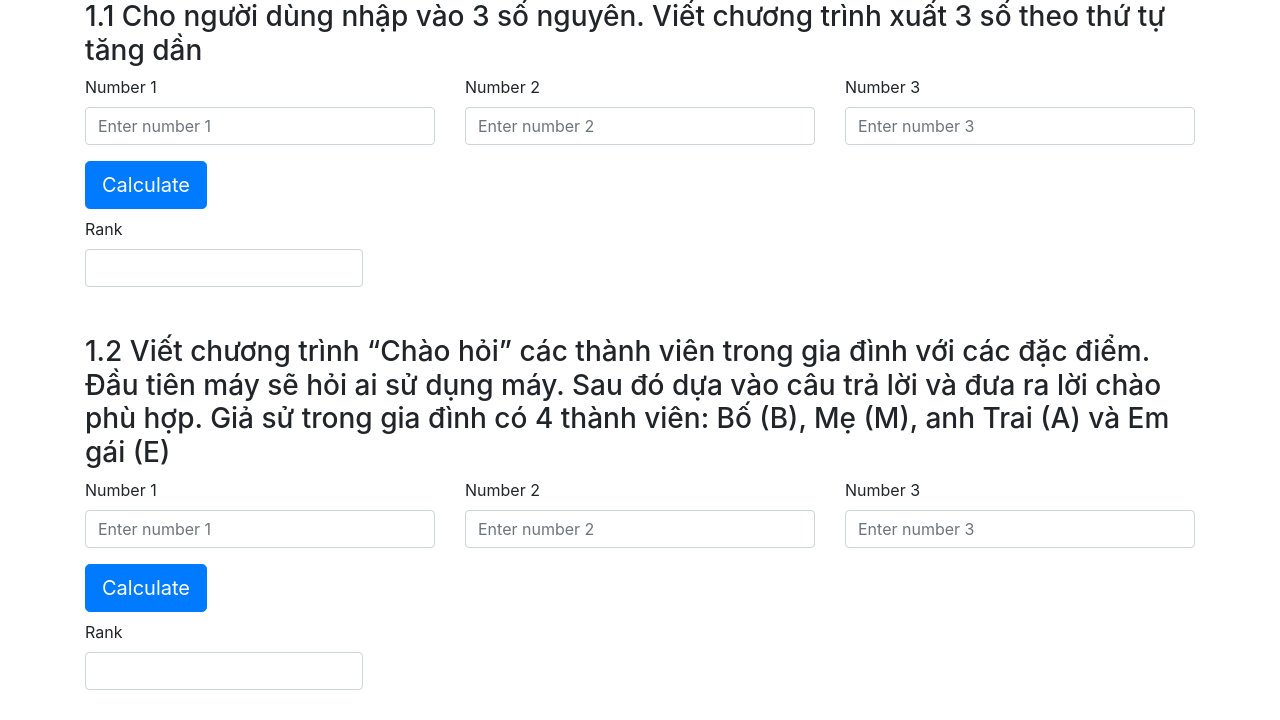
Repository: baobaodeveloper/bootscamp21__jsbasic__HuynhAnhBao
Page: index.html
An editor plug-in stored every save of this project. The page is shown before and after the next save, followed by the edit.
The browser window is 1280 px wide. The pictures show the whole page.

Above is the page before, as saved 2022-03-09 23:50:09.

### index.html
<!DOCTYPE html>
<html lang="en">
  <head>
    <title>javaScript basic</title>
    <!-- Required meta tags -->
    <meta charset="utf-8" />
    <meta
      name="viewport"
      content="width=device-width, initial-scale=1, shrink-to-fit=no"
    />

    <!-- Bootstrap CSS -->
    <link
      rel="stylesheet"
      href="https://stackpath.bootstrapcdn.com/bootstrap/4.3.1/css/bootstrap.min.css"
      integrity="sha384-ggOyR0iXCbMQv3Xipma34MD+dH/1fQ784/j6cY/iJTQUOhcWr7x9JvoRxT2MZw1T"
      crossorigin="anonymous"
    />
  </head>
  <body>
    <!-- Cho người dùng nhập vào 3 số nguyên. Viết chương trình xuất 3 số theo thứ tự tăng dần -->
    <div class="container mb-xl-5">
      <h3>
        1.1 Cho người dùng nhập vào 3 số nguyên. Viết chương trình xuất 3 số
        theo thứ tự tăng dần
      </h3>

      <div class="row">
        <div class="col">
          <label class="form-label">Number 1</label>
          <input
            type="text"
            class="form-control num1"
            placeholder="Enter number 1"
          />
        </div>
        <div class="col">
          <label class="form-label">Number 2</label>
          <input
            type="number"
            class="form-control num2"
            placeholder="Enter number 2"
          />
        </div>
        <div class="col">
          <label class="form-label">Number 3</label>
          <input
            type="number"
            class="form-control num3"
            placeholder="Enter number 3"
          />
        </div>
      </div>

      <button type="button " class="btn btn-primary btn-lg mt-3 mb-2 btn-rank">
        Calculate
      </button>

      <div class="mt-3 m-auto">
        <label class="form-label">Rank</label>
        <input type="text" class="form-control w-25 result1" />
      </div>
    </div>

    <!-- Viết chương trình “Chào hỏi” các thành viên trong gia đình với các đặc điểm. Đầu tiên máy
    sẽ hỏi ai sử dụng máy. Sau đó dựa vào câu trả lời và đưa ra lời chào phù hợp. Giả sử trong
    gia đình có 4 thành viên: Bố (B), Mẹ (M), anh Trai (A) và Em gái (E) -->
    <div class="container">
      <h3>
        1.2 Viết chương trình “Chào hỏi” các thành viên trong gia đình với các
        đặc điểm. Đầu tiên máy sẽ hỏi ai sử dụng máy. Sau đó dựa vào câu trả lời
        và đưa ra lời chào phù hợp. Giả sử trong gia đình có 4 thành viên: Bố
        (B), Mẹ (M), anh Trai (A) và Em gái (E)
      </h3>

      <div class="row">
        <div class="col">
          <label class="form-label">Number 1</label>
          <input
            type="text"
            class="form-control num1"
            placeholder="Enter number 1"
          />
        </div>
        <div class="col">
          <label class="form-label">Number 2</label>
          <input
            type="number"
            class="form-control num2"
            placeholder="Enter number 2"
          />
        </div>
        <div class="col">
          <label class="form-label">Number 3</label>
          <input
            type="number"
            class="form-control num3"
            placeholder="Enter number 3"
          />
        </div>
      </div>

      <button type="button " class="btn btn-primary btn-lg mt-3 mb-2 btn-rank">
        Calculate
      </button>

      <div class="mt-3 m-auto">
        <label class="form-label">Rank</label>
        <input type="text" class="form-control w-25 result1" />
      </div>
    </div>
    <!-- Optional JavaScript -->
    <!-- jQuery first, then Popper.js, then Bootstrap JS -->
    <script
      src="https://code.jquery.com/jquery-3.3.1.slim.min.js"
      integrity="sha384-q8i/X+965DzO0rT7abK41JStQIAqVgRVzpbzo5smXKp4YfRvH+8abtTE1Pi6jizo"
      crossorigin="anonymous"
    ></script>
    <script
      src="https://cdnjs.cloudflare.com/ajax/libs/popper.js/1.14.7/umd/popper.min.js"
      integrity="sha384-UO2eT0CpHqdSJQ6hJty5KVphtPhzWj9WO1clHTMGa3JDZwrnQq4sF86dIHNDz0W1"
      crossorigin="anonymous"
    ></script>
    <script
      src="https://stackpath.bootstrapcdn.com/bootstrap/4.3.1/js/bootstrap.min.js"
      integrity="sha384-JjSmVgyd0p3pXB1rRibZUAYoIIy6OrQ6VrjIEaFf/nJGzIxFDsf4x0xIM+B07jRM"
      crossorigin="anonymous"
    ></script>

    <script src="exercise1.js"></script>
  </body>
</html>

### exercise1.js
const numValue1 = document.querySelector(".num1");
const numValue2 = document.querySelector(".num2");
const numValue3 = document.querySelector(".num3");
const btnRank = document.querySelector(".btn-rank");
const result1 = document.querySelector(".result1");
btnRank.addEventListener("click", () => {
  const num1 = +numValue1.value;
  const num2 = +numValue2.value;
  const num3 = +numValue3.value;
  let rank = "";
  if (num1 < num2 && num2 < num3) {
    rank = `${num1}  ${num2}  ${num3}`;
  } else if (num1 < num3 && num3 < num2) {
    rank = `${num1}  ${num3}  ${num2}`;
  } else if (num2 < num1 && num1 < num3) {
    rank = `${num2}  ${num1}  ${num3}`;
  } else if (num2 < num3 && num3 < num1) {
    rank = `${num2}  ${num1}  ${num3}`;
  } else if (num3 < num1 && num1 < num2) {
    rank = `${num3}  ${num1}  ${num2}`;
  } else if (num3 < num2 && num2 < num1) {
    rank = `${num3}  ${num2}  ${num1}`;
  } else if (num1 === num2 && num1 < num3) {
    rank = `${num1}  ${num1}  ${num3}`;
  } else if (num1 === num3 && num1 < num2) {
    rank = `${num1}  ${num1}  ${num3}`;
  } else if (num2 === num3 && num3 < num1) {
    rank = `${num2}  ${num2}  ${num3}`;
  }
  result1.value = rank;
});

After the next save:
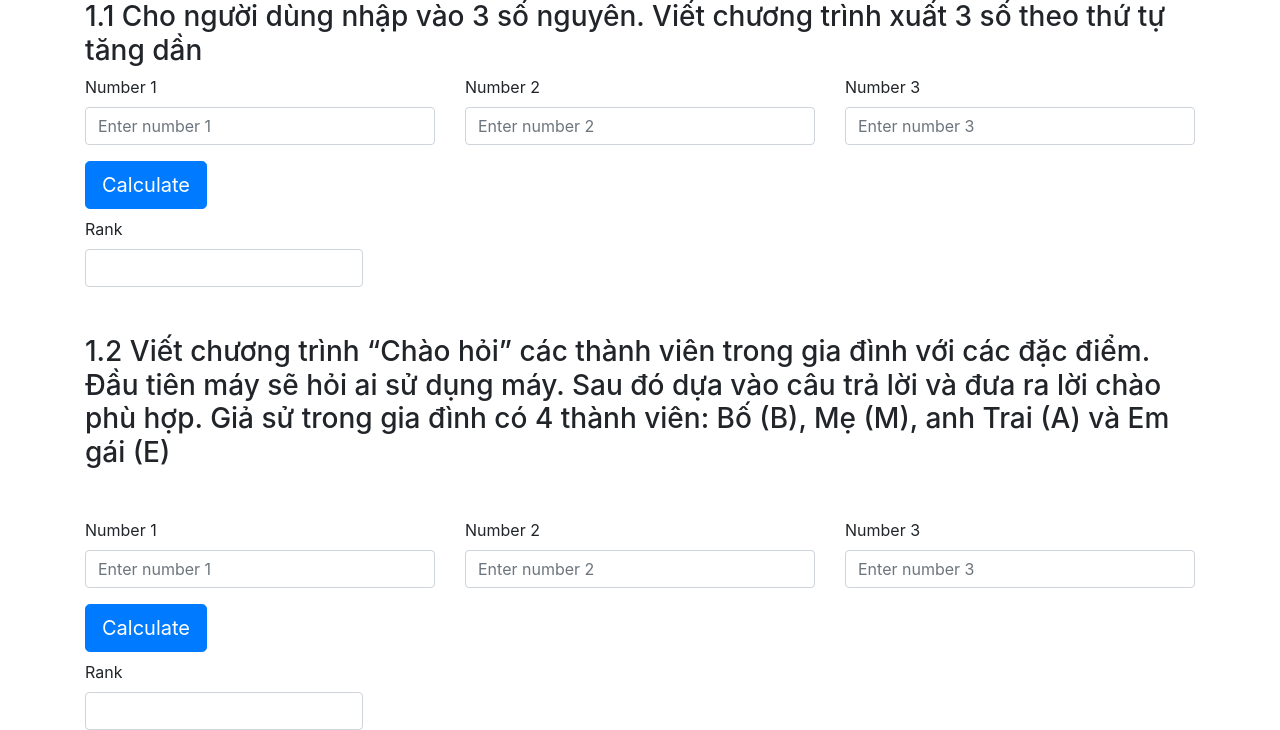
Saved 25 s later.
--- a/index.html
+++ b/index.html
@@ -66,7 +66,7 @@
     sẽ hỏi ai sử dụng máy. Sau đó dựa vào câu trả lời và đưa ra lời chào phù hợp. Giả sử trong
     gia đình có 4 thành viên: Bố (B), Mẹ (M), anh Trai (A) và Em gái (E) -->
     <div class="container">
-      <h3>
+      <h3 class="mb-5">
         1.2 Viết chương trình “Chào hỏi” các thành viên trong gia đình với các
         đặc điểm. Đầu tiên máy sẽ hỏi ai sử dụng máy. Sau đó dựa vào câu trả lời
         và đưa ra lời chào phù hợp. Giả sử trong gia đình có 4 thành viên: Bố
